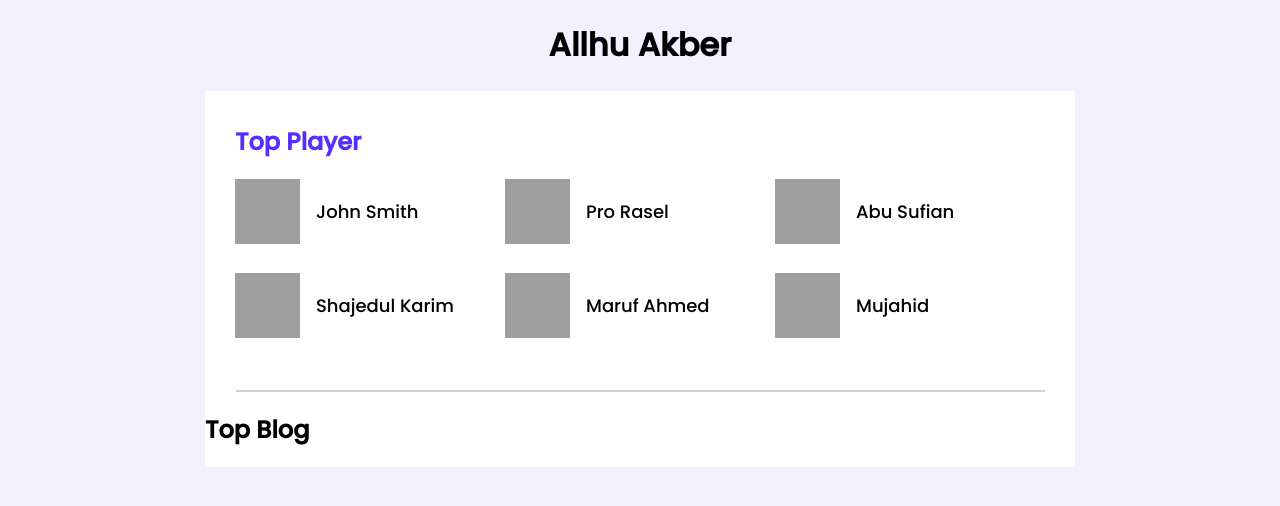
Repository: zjria/leader-board
Page: index.html
These files come from the project's save history. The page is drawn as it stood at one moment and after the next save; the edit follows.
The browser window is 1280 px wide. The pictures show the whole page.
Pictures or frames that could not be fetched are drawn as grey boxes.

Above is the page before, as saved 2022-09-04 07:21:36.

### index.html
<!DOCTYPE html>
<html lang="en">

<head>
    <meta charset="UTF-8">
    <meta http-equiv="X-UA-Compatible" content="IE=edge">
    <meta name="viewport" content="width=device-width, initial-scale=1.0">
    <title>leader-board</title>
    <!-- Custom CSS -->
    <link rel="stylesheet" href="/style/style.css">
</head>

<body>
    <h1>Allhu Akber</h1>
    <!-- Header Section -->
    <header>

    </header>
    <!-- Main Section -->
    <main>
        <section class="container">
            <div class="top-players">
                <h2 class="section-title">Top Player</h2>
                <div class="players">
                    <div class="player">
                        <img src="images/players/player-1.png" alt="">
                        <h3 class="name-title">John Smith</h3>
                    </div>
                    <div class="player">
                        <img src="images/players/player-2.png" alt="">
                        <h3 class="name-title">Pro Rasel</h3>
                    </div>
                    <div class="player">
                        <img src="images/players/player-3.png" alt="">
                        <h3 class="name-title">Abu Sufian</h3>
                    </div>
                    <div class="player">
                        <img src="images/players/player-4.png" alt="">
                        <h3 class="name-title">Shajedul Karim</h3>
                    </div>
                    <div class="player">
                        <img src="images/players/player-5.png" alt="">
                        <h3 class="name-title">Maruf Ahmed</h3>
                    </div>
                    <div class="player">
                        <img src="images/players/player-6.png" alt="">
                        <h3 class="name-title">Mujahid</h3>
                    </div>
                </div>
            </div>
            <hr class="horigantal-line">

            <!-- Blog information -->
            <div class="blog-information">
                <h2>Top Blog</h2>
            </div>

        </section>
    </main>
</body>

</html>

### style/style.css
/* Google Fonts */
@import url('https://fonts.googleapis.com/css2?family=Poppins:wght@500&family=Roboto:wght@100;300;400;500;700;900&display=swap');

h1 {
    display: flex;
    justify-content: center;
}

/* Commant CSS Utilitis */
body {
    border: 0px;
    margin: 0px;
    font-family: 'Poppins', sans-serif;
    /* font-family: 'Roboto', sans-serif; */
    background-color: #F3F1FF;
}

/* Top Players Section */
main {
    display: flex;
    justify-content: center;
}

.section-title {
    color: #562EFF;
    font-size: 24px;
}

.container {
    background-color: #FFFFFF;
    width: 870px;
}

.top-players {
    padding: 30px;
    margin-bottom: 22px;
}

h2.section-title {
    margin-top: 3px;
}

.players {
    display: grid;
    grid-template-columns: repeat(3, 1fr);
    grid-row-gap: 29px;
}

.player {
    display: flex;
    align-items: center;
}

.player img {
    width: 65px;
    height: 65px;
}

.name-title {
    margin-left: 16px;
    font-size: 18px;
    font-weight: normal;
}

.horigantal-line {
    border: 1px solid #D1D1D1;
    width: 807px;
}

After the next save:
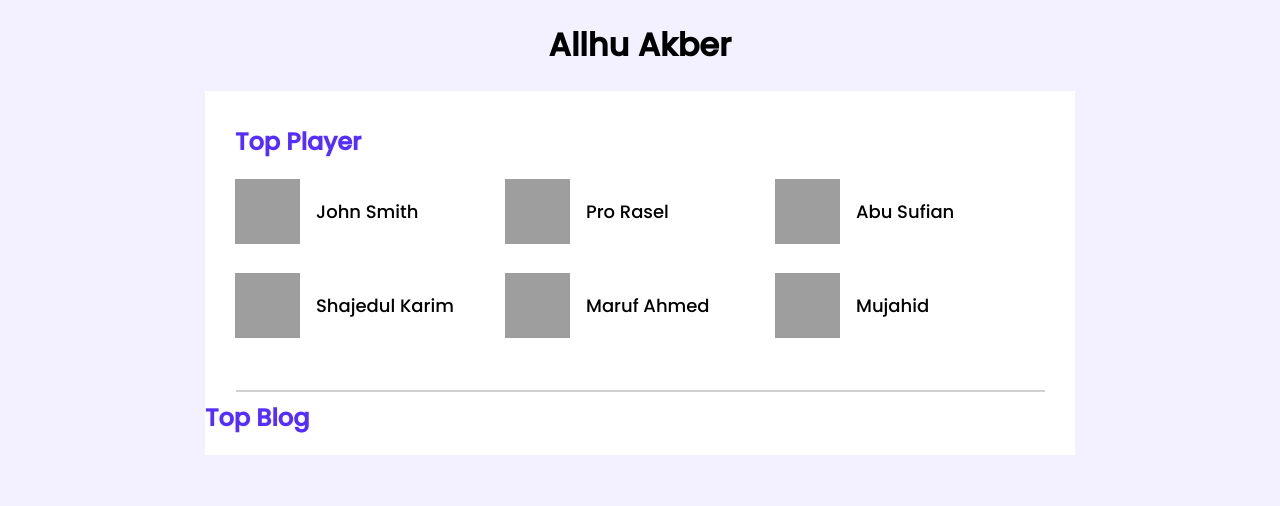
Saved 13 s later.
--- a/index.html
+++ b/index.html
@@ -52,7 +52,7 @@
 
             <!-- Blog information -->
             <div class="blog-information">
-                <h2>Top Blog</h2>
+                <h2 class="section-title">Top Blog</h2>
             </div>
 
         </section>
